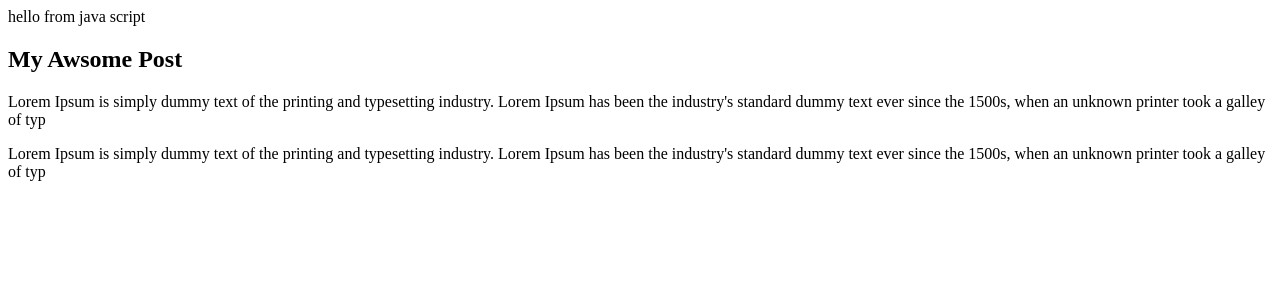
Repository: nema38/30DaysTrainning
Page: 30Days07/index.html
An editor plug-in stored every save of this project. The page is shown before and after the next save, followed by the edit.
The browser window is 1280 px wide. The pictures show the whole page.
Some web libraries are served in a nearby version.

Above is the page before, as saved 2014-04-16 15:51:33.

After the next save:
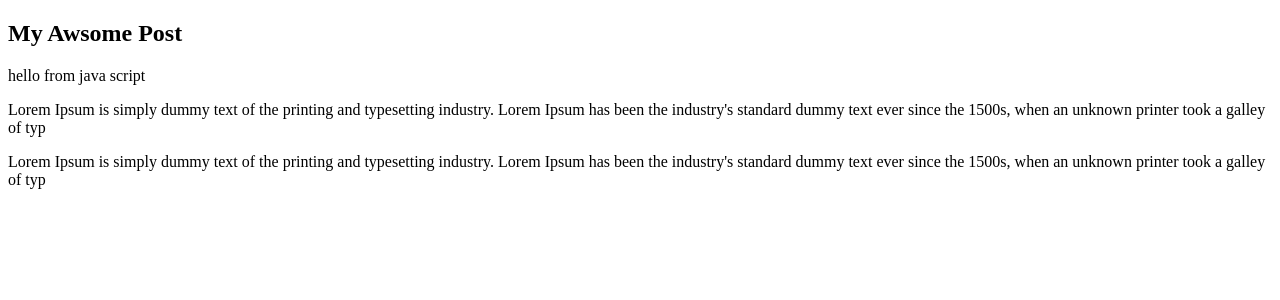
Saved 54 s later.
--- a/30Days07/index.html
+++ b/30Days07/index.html
@@ -21,7 +21,7 @@
 
 		<script>
 			(function() {
-				$('article').prepend("hello from java script");
+				$('h1').after("hello from java script");
 			})();
 		</script>
 
